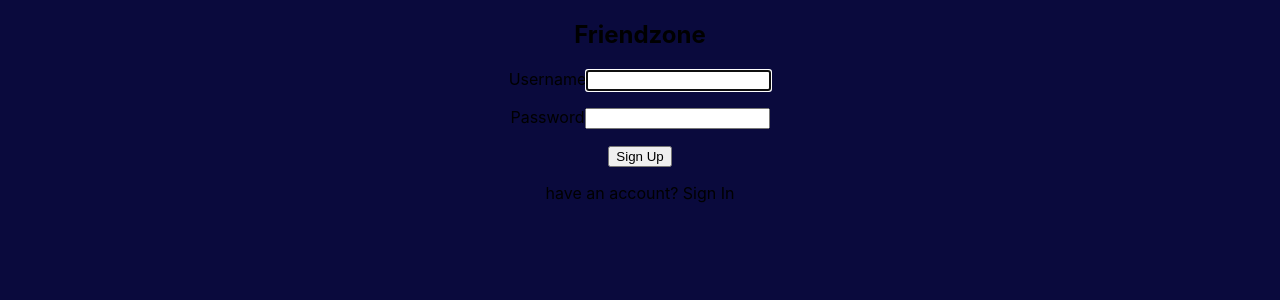
Repository: DerickT02/friend-zone
Page: /
These files come from the project's save history. The page is drawn as it stood at one moment and after the next save; the edit follows.
The browser window is 1280 px wide. The pictures show the whole page.
The project was rebuilt for these pictures with package versions that can differ from the ones it lists, and the page was loaded fresh each time. Also part of the build but not shown: src/Appreducer.js, src/GlobalState.js, src/Post.js, src/Homepage.js, src/fire.js.

Above is the page before, as saved 2021-07-07 07:30:46.

After the next save:
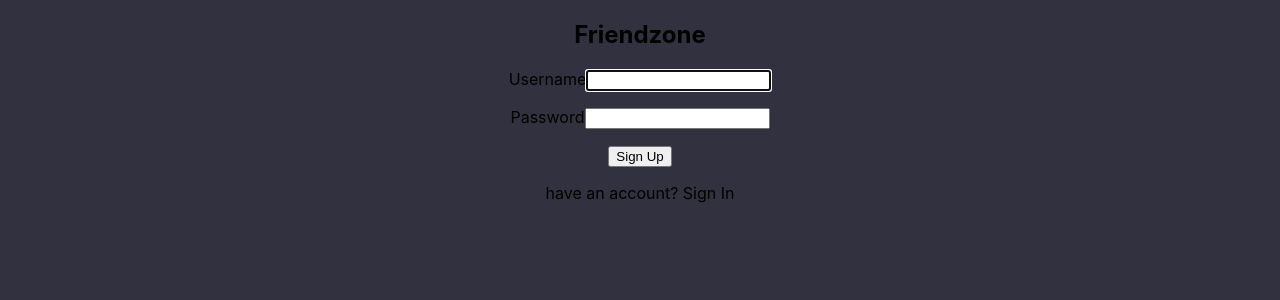
Saved 19 s later.
--- a/src/index.css
+++ b/src/index.css
@@ -5,7 +5,7 @@ body {
     sans-serif;
   -webkit-font-smoothing: antialiased;
   -moz-osx-font-smoothing: grayscale;
-  background-color: rgb(10, 10, 61);
+  background-color: rgb(49, 49, 63);
 
 }
 
